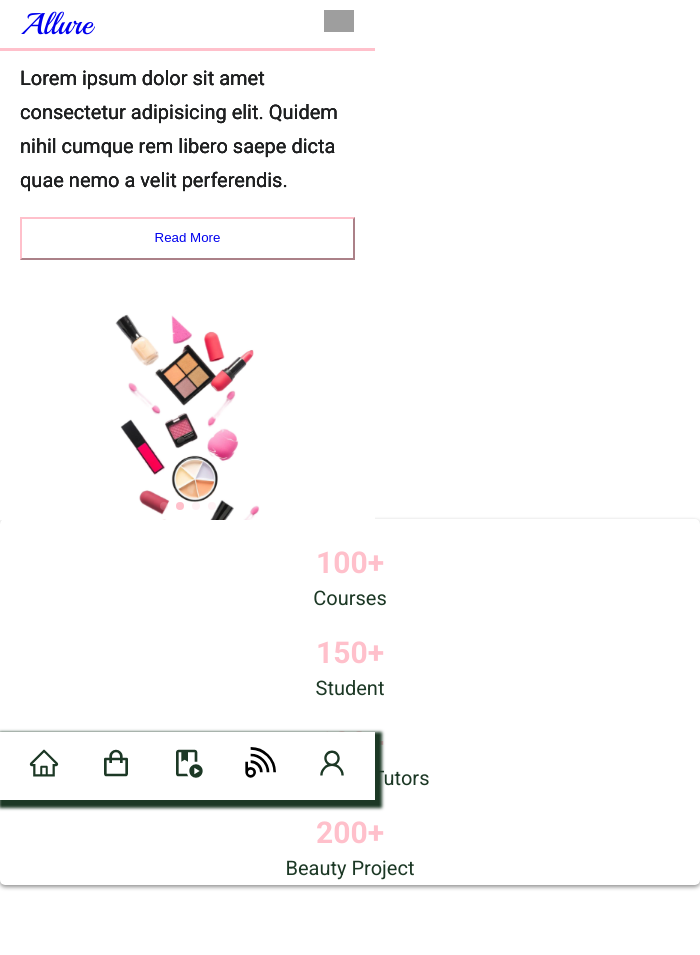
Repository: Benedict-Anthony/Allure-E-commerce-React-Js
Page: /
The author's editor kept a copy of each file at every save. The page is drawn from the files as they stood at one save, then again after a run of saves.
The browser window is 375 px wide. The page is 700 px wide, then 375 px, so the pictures cover 700 px, including what lies to the right of the window. The pictures show the whole page.
Pictures or frames that could not be fetched are drawn as grey boxes. The page's requests for data from a server got no answer. The project was rebuilt for these pictures with package versions that can differ from the ones it lists, and the page was loaded fresh each time. No one was signed in, and anything a server would have sent is missing. Also part of the build but not shown: src/App.css, src/css/courses.css, src/shared/Course.tsx, src/shared/Product.tsx, src/pages/Shop.tsx, src/pages/Tutorials.tsx, src/pages/ProductDetail.tsx, src/components/CourseDetails.tsx and 15 more.

Above is the page before, as saved 2023-02-04 00:54:44.

### src/index.css
@import url('https://fonts.googleapis.com/css2?family=Great+Vibes&family=Playball&family=Roboto:wght@300;400;700&display=swap');


:root {
  --primary-color: pink;
  --secondary-color: #1c3825;
  --text-color: #1f2021;
  --basic: #fff;
  --fontSize: 18px;

}


*,
*::after,
*::before {
  padding: 0;
  margin: 0;
  box-sizing: border-box;
  line-height: 1.4em;
  transition: all .3s linear;
  list-style: none;
  text-decoration: none;
}

html {
  scroll-behavior: smooth;
}

body {
  width: 100%;
  background-color: var(--basic);
  color: var(--text-color);
  font-family: 'Roboto', sans-serif;
}

.container {
  padding: 0 1rem;
  overflow: hidden;
  height: auto;
}

.button {
  display: inline-block;
  padding: 10px 20px;
  color: var(--basic);
  margin-top: 20px;
  background-color: var(--secondary-color);
  border: 2px solid var(--fontSize);
  border-radius: 6px;
}

.flex {
  display: flex;
  justify-content: space-between;
  align-items: center;
}

.flex-center {
  justify-content: center;
}

.flex-row {
  flex-direction: column;
}


.swiper {
  width: 100%;
  height: 100%;
}

.swiper-slide {
  text-align: center;
}


.grid {
  display: grid;
  grid-template-columns: repeat(auto-fit, minmax(12rem, 2fr));
  justify-content: space-between;
  align-items: flex-start;
  gap: 20px;
}


.btn {
  display: inline-block;
  background-color: var(--text-color);
  color: var(--basic);
  font-size: 16px;
  font-family: inherit;
  margin-top: 10px;
  border: 1px solid var(--basic);
  padding: 10px 20px;
  border-radius: 8px;
}

.section {
  margin-top: 20px;
}

.togglebar,
.close {
  display: none;
}

.wrapper {
  max-width: 960px;
  margin: 0 auto;
}

.strike {
  text-decoration: line-through;
  color: var(--secondary-color);
  font-size: 10px;
}




@media(max-width:1024px) {
  /* .grid {
    grid-template-columns: repeat(3, 1fr);
  } */
}


@media(max-width:768px) {

  .container {
    padding: 0 1.3rem;
    overflow: hidden;
    height: auto;
  }

  /* .flex {
    flex-direction: column;
  } */

  /* .grid {
    grid-template-columns: repeat(2, 1fr);
  } */


  /* .togglebar,
  .close {
    display: block;
  } */
}

@media(max-width:500px) {

  .flex {
    flex-direction: column;
  }

  .grid {
    grid-template-columns: 1fr 1fr;
  }
}

### src/App.tsx
import React from 'react';
import './App.css';
import { BrowserRouter, Routes, Route } from "react-router-dom"
import { ProductProvider } from './contexts/ProductContext';


import Home from './pages/Home';
import Shop from './pages/Shop';
import Header from './components/Header';
import { LessonProvider } from './contexts/LessonContext';
import Tutorials from './pages/Tutorials';
import ProductDetail from './pages/ProductDetail';
import CourseDetail from './pages/CourseDetail';
import Login from './pages/Login';
import SignIn from './pages/SignIn';
import Account from './pages/Account';
import ButtonNav from './components/ButtonNav';

function App() {
  return (
    <BrowserRouter>
      <LessonProvider>
        <ProductProvider>
          <Header />
          <Routes>
            <Route path={"/"} element={<Home />} />
            <Route path='/login' element={<Login />} />
            <Route path='/sign-in' element={<SignIn />} />
            <Route path='/account' element={<Account />} />
            <Route path={"/shop"} element={<Shop />} />
            <Route path={"/tutorials"} element={<Tutorials />} />
            <Route path={"/product/:slug"} element={<ProductDetail />} />
            <Route path={"/course/:slug"} element={<CourseDetail />} />
          </Routes>
          <ButtonNav />
        </ProductProvider>
      </LessonProvider>
    </BrowserRouter>
  );
}

export default App;

### src/contexts/ProductContext.tsx
import React from "react"
import { createContext,  useReducer, useEffect } from 'react';
import { childrenProps, ProductContextInterface } from "../types/contextTypes"
import { initialProductInterface } from "../types/reducerTypes"
import { productReducer } from "../reducers/productReducers";
import getData from "../utils/fetchFunc";
import { ProductType } from "../reducers/productReducers";
import { LessonType } from "../reducers/lessonReducer";


const ProductContext = createContext({} as ProductContextInterface)

export const ProductProvider = ({ children }: childrenProps) => {
    const initialState: initialProductInterface = {
        products: [],
        lessonAssets:[],
        product:{},
        isFetching: true,
        rltd:[]
    }
    const [state, dispatch] = useReducer(productReducer, initialState)
    const fetchProductData = async () => {
        const data = await getData("products")
        dispatch({type:ProductType.LOAD_PRODUCTS, payload:data})
    }

    const getSingleProduct = async (slug:number | string | undefined) => {
        const data = await getData("products", slug)
        const rltdData = await getData(`products/${slug}/category`)
        dispatch({type:ProductType.LOAD_PRODUCT_DETAIL, payload:data, others:rltdData})
    }

   const getLessonAssets = async (slug : string | undefined) => {
       const data = await getData(`lessons/${slug}/assets`)
       dispatch({type:LessonType.LOAD_LESSON_DETAIL_ASSETS, others:data})
   }

    useEffect(() => {
        fetchProductData()
    },[])
    return (

        <ProductContext.Provider value={{
            data: state,

            getSingleProduct,
            getLessonAssets,
        }}>
        {children}
    </ProductContext.Provider>
        )
}


export default ProductContext

### src/pages/Home.tsx
import React from 'react';
import Landing from '../components/Landing';
import Courses from '../components/Courses';
import Products from '../components/Products';
import { FC } from "react";


const Home:FC = () =>  {

return (
    <>
      <Landing />
      <Courses />
      <Products/>
    </>
  )
}

export default Home

### src/components/Header.tsx
import React, { useState } from 'react'
import { FaBars, FaTimes } from 'react-icons/fa'
import { Link } from 'react-router-dom'
import { Navigations } from '../scripts/topNavItems';
import cart from "../assets/cart.png";
import "../css/header.css"

const Header = () => {
  const [activeMenu, setActiveMenu] = useState(false)

  return (
    <header>
      <div className="container">
        <nav className="nav__items">
          <div className="logo">
            <Link to={"/"}>Allure</Link>
          </div>

          <ul className={`nav_links flex ${activeMenu && "active"} `}>
            {Navigations.map((item) => (
              <li key={item.id}>
                {item.page ? <Link to={`/${item.to}`}>{item.name}</Link> : <a href={`#${item.to}`}>{item.name}</a>}
              </li>
            ))}
            <FaTimes className="close" onClick={() => setActiveMenu(false)} />
          </ul>

          <ul className="nav_icons">

            <li><Link to={"login"}>Login</Link></li>
            <li><Link to={"sign-in"}>Sign Up</Link></li>
            <div className="cart">
              <img src={cart} alt="" />

            </div>
            <FaBars className="togglebar" onClick={() => setActiveMenu(true)} />
          </ul>
        </nav>
      </div>
    </header>
  )
}

export default Header

### src/contexts/LessonContext.tsx
import { createContext, useEffect, useReducer } from "react";
import lessonReducer from "../reducers/lessonReducer";
import { initialLessonInterface } from '../types/reducerTypes';
import { childrenProps, LessonContextInterface } from '../types/contextTypes';
import getData from "../utils/fetchFunc";
import { LessonType } from '../reducers/lessonReducer';
const LessonContext = createContext({} as LessonContextInterface)

export const LessonProvider = ({ children }: childrenProps) => {
    const initialState:initialLessonInterface = {
        lessons:[],
        count: 0,
        lesson:{}
    }

    const [state, dispatch] = useReducer(lessonReducer, initialState)

    async function fetchLessonData() {
        const data = await getData("lessons")
        dispatch({type:LessonType.LOAD_LESSONS, payload:data})
    }

    const getLessonDetails = async (slug:string |undefined) => {
        const data = await getData(`lessons/${slug}`)
        dispatch({ type:LessonType.LOAD_LESSON_DETAIL, payload:data})
    }

    useEffect(() => {
      fetchLessonData()
    },[])
    return (
        <LessonContext.Provider value={{
            data:state,
            getLessonDetails
            }}>
            {children}
        </LessonContext.Provider>
    )
}

export default LessonContext

### src/components/ButtonNav.tsx
import React from 'react'
import { AiOutlineHome, AiOutlineUser } from "react-icons/ai"
import { BiShoppingBag, BiLogIn } from "react-icons/bi"
import { MdOutlinePlayLesson } from "react-icons/md"
import { GrBlog } from "react-icons/gr"
import { Link } from 'react-router-dom'




const ButtonNav = () => {
    return (
        <nav className="nav__bottom">
            <ul>
                <li><Link to={"/"}><AiOutlineHome /></Link></li>
                <li><Link to={"/shop"}><BiShoppingBag /></Link></li>
                <li><Link to={"/tutorials"}><MdOutlinePlayLesson /></Link></li>
                <li><Link to={"/blog"}><GrBlog /></Link></li>
                <li><Link to={"/account"}><AiOutlineUser /></Link></li>
            </ul>
        </nav>
    )
}

export default ButtonNav

### src/reducers/productReducers.tsx
import { actionInterface, initialProductInterface } from "../types/reducerTypes";
import { LessonType } from "./lessonReducer";
export const ProductType = {
    LOAD_PRODUCTS: "LOAD_PRODUCTS",
    LOAD_PRODUCT_DETAIL:"LOAD_PRODUCT_DATAIL"
}
export const productReducer = (state:initialProductInterface, action:actionInterface) => {
    switch (action.type) {
        case ProductType.LOAD_PRODUCTS:
            return {
                ...state,
                products: action.payload,
                isFetching:false,
            }
        case ProductType.LOAD_PRODUCT_DETAIL:
            return {
                ...state,
                product: action.payload,
                rltd:action.others
            }
        case LessonType.LOAD_LESSON_DETAIL_ASSETS:
            return {
                ...state,
                lessonAssets:action.others
            }
        default:
            return state
    }
}

### src/utils/fetchFunc.tsx
const getData = async (endpoint: string, slug?: number | string | null) => {
    if (slug) {
        const response = await fetch(`http://127.0.0.1:8000/api/${endpoint}/${slug}`)
        const data = await response.json()
        return data
    } else {
        const response = await fetch(`http://127.0.0.1:8000/api/${endpoint}/`)
        const data = await response.json()
        return data
    }

}


export default getData

### src/reducers/lessonReducer.tsx
import { initialLessonInterface, actionInterface } from '../types/reducerTypes';

export const LessonType = {
    LOAD_LESSONS: "LOAD_LESSONS",
    LOAD_LESSON_DETAIL:"LOAD_DETAILS",
    LOAD_LESSON_DETAIL_ASSETS:"LOAD_LESSON_DETAIL_ASSETS"
}

const lessionReducer = (state:initialLessonInterface, action:actionInterface) => {
    switch (action.type) {
        case LessonType.LOAD_LESSONS:
            return {
                ...state,
                lessons:action.payload,
                count:1
            }
        case LessonType.LOAD_LESSON_DETAIL:
            return {
                ...state,
                lesson:action.payload
            }

        default:
            return state
    }
}


export default lessionReducer

### src/components/Landing.tsx
import React from 'react'
import { FC } from "react";
import Card from '../shared/Card';


import { Swiper, SwiperSlide } from "swiper/react";
import { EffectFade, Autoplay, Pagination, Navigation } from "swiper";
import "swiper/css";
import "swiper/css/pagination";
import "swiper/css/effect-fade";
import "swiper/css/navigation";


import { landing } from '../scripts/landing';
import { Courses } from '../scripts/topNavItems';

import "../css/landing.css";
import Button from '../shared/Button';
import { Link } from 'react-router-dom';


const Landing: FC = () => {

    return (
        <section className="landing" id="home">
            <main className="hero">
                <Swiper
                    loop={true}
                    // loopFillGroupWithBlank={true}
                    // pagination={{
                    //     clickable: true,
                    // }}
                    autoplay={{
                        delay: 5000,
                        disableOnInteraction: false
                    }}
                    spaceBetween={30}
                    effect={"fade"}
                    // navigation={true}
                    pagination={{
                        clickable: true,
                    }}
                    modules={[EffectFade, Navigation, Pagination, Autoplay]}
                    className="mySwiper">
                    {landing.map((item, index) => (
                        <SwiperSlide key={index}>
                            <div className="flex flex-center landing__page ">
                                <div className="landing__info">
                                    <p>{item.text}</p>
                                    <Button type='button'>
                                        <Link to={item.link}>Read More</Link>
                                    </Button>
                                </div>
                                <div className="landing__image">
                                    <img src={item.image} alt="" />
                                </div>

                            </div>
                        </SwiperSlide>
                    ))}
                </Swiper>
            </main>


            <div className="landing__courses">
                <Card>
                    <div className="landing__courses-count flex">
                        {Courses.map((item) => (
                            <div className="count" key={item.id}>
                                <h2>{item.count}+</h2>
                                <p>{item.name}</p>
                            </div>
                        ))}
                    </div>
                </Card>
            </div>

        </section>
    )
}




export default Landing

### src/components/Courses.tsx
import React, { useContext } from 'react'
import {FC} from "react"

// Import Swiper styles
import { Swiper, SwiperSlide } from "swiper/react";
import "swiper/css";
import "swiper/css/pagination";
import "swiper/css/navigation";
import { Pagination, Navigation } from "swiper";


import "../css/courses.css"

// import required modules


import LessonContext from '../contexts/LessonContext';
import Course from '../shared/Course';


const Courses:FC = () => {

  const {data :{lessons}} = useContext(LessonContext)
  return (
    <section className="container" id="courses">
      <main>
         <Swiper
        // slidesPerView={4}
        // spaceBetween={30}
        // slidesPerGroup={4}
        loop={true}
        loopFillGroupWithBlank={true}
        // pagination={{
        //   clickable: true,
        // }}
          navigation={true}
          breakpoints={{
             // when window width is >= 320px
              468: {
                slidesPerView: 1,
                spaceBetween: 20
              },
              568: {
                slidesPerView: 2,
                spaceBetween: 20
              },
              // when window width is >= 480px
              768: {
                slidesPerView: 3,
                spaceBetween: 30
              },
              // when window width is >= 640px
              978: {
                slidesPerView: 4,
                spaceBetween: 40
              }
        }}
        modules={[Pagination, Navigation]}
        className="mySwiper"
      >
          {lessons.slice(0,10).map((item) => (
            <SwiperSlide key={item.id}>
              <Course item={item} />
          </SwiperSlide>
        ))}
      </Swiper>
      </main>
    </section>
  )
}

export default Courses

### src/components/Products.tsx
import React from 'react';

import { Swiper, SwiperSlide } from "swiper/react";

// Import Swiper styles
import "swiper/css";
import "swiper/css/pagination";
import "swiper/css/navigation";

// import required modules
import { Pagination, Navigation } from "swiper";
import "../css/products.css";



import {useContext} from "react";
import ProductContext from "../contexts/ProductContext"
import Product from '../shared/Product';


const Products = () => {

  const { data:{products} } = useContext(ProductContext)
  return (
      <section className="container products" id="products">

<Swiper
        // slidesPerView={4}
        // spaceBetween={30}
        // slidesPerGroup={3}
        loop={true}
        loopFillGroupWithBlank={true}
        // pagination={{
        //   clickable: true,
        // }}
               breakpoints={{
             // when window width is >= 320px
              320: {
                slidesPerView: 1,
                spaceBetween: 20
              },
              568: {
                slidesPerView: 2,
                spaceBetween: 20
              },
              // when window width is >= 480px
              768: {
                slidesPerView: 3,
                spaceBetween: 30
              },
              // when window width is >= 640px
              978: {
                slidesPerView: 4,
                spaceBetween: 40
              }
        }}
        navigation={true}
        modules={[Pagination, Navigation]}
        className="mySwiper"
      >

               { products.length > 0 && products.slice(0,10).map((item) => (

                  <SwiperSlide key={item.id}>
                   <Product item={item} />
                </SwiperSlide>
        ))}

      </Swiper>
    </section>
  )
}

export default Products

### src/scripts/topNavItems.ts
export const Navigations = [
    {
        id: 1,
        name: "home",
        to: "",
        page: true,
    },
    // {
    //     id: 2,
    //     name: "courses",
    //     to: "courses",
    //     page: false,

    // },
    // {
    //     id: 3,
    //     name: "arrivals ",
    //     to: "products",
    //     page: false,

    // },
    {
        id: 4,
        name: "shop",
        to: "shop",
        page: true,
    },

    {
        id: 5,
        name: "blog",
        to: "blog",
        page: true,

    },
    {
        id: 6,
        name: "tutorials",
        to: "tutorials",
        page: true,


    },
]


export const Courses = [
    {
        id: 1,
        name: "courses",
        count: 100
    },

    {
        id: 2,
        name: "student",
        count: 150
    },

    {
        id: 3,
        name: "experience Tutors",
        count: 100
    },

    {
        id: 4,
        name: "beauty project",
        count: 200
    },
]

### src/css/header.css
header {
    padding: 3px 0px;
    /* background-color: var(--primary-color); */
    border-bottom: 3px solid var(--primary-color);
    /* osition: fixed;
    top: 0;
    width: 100%;
    z-index: 10;p */
}

header nav {
    display: flex;
    justify-content: space-between;
    align-items: center;
}

header nav .logo {
    font-size: 30px;
    /* font-family: 'Great Vibes', cursive;
     */
    font-family: 'Playball', cursive;
}

header nav li {
    position: relative;
    margin: 0 10px;
}

header nav li::after {
    content: '';
    width: 0;
    height: 2px;
    background: linear-gradient(to right, var(--secondary-color), var(--primary-color));
    position: absolute;
    bottom: 0;
    left: 0;
}

header nav li:hover::after {
    width: 100%;
}

header nav ul li a {
    color: var(--text-color);
    font-size: var(--fontSize);
    text-transform: capitalize;
}

header .cart {
    width: 30px;
}

header .cart img {
    width: 100%;
}



.nav_icons {
    display: flex;
    align-items: center;
    justify-content: space-around;
    column-gap: 10px;
}



.nav_icons svg {
    color: var(--secondary-color);
    font-size: 20px;
    margin: 0 2px;
}


.nav__bottom {
    display: block;
    width: 100%;
    margin: auto;
    margin-top: 40px;
    position: fixed;
    bottom: 0;
    left: 100%;
    background-color: var(--basic);
    padding: 15px 0;
    box-shadow: 3px 4px 3px 4px var(--secondary-color);
}

.nav__bottom ul {
    display: flex;
    align-items: center;
    justify-content: center;
}

.nav__bottom ul li {
    margin: 0 20px;
}

.nav__bottom ul li svg {
    color: var(--secondary-color);
    font-size: 2rem;
    font-weight: 700;
}

@media(max-width:768px) {
    header nav .nav_links {
        position: absolute;
        top: -100vh;
        right: 0;
        width: 80%;
        background-color: var(--basic);
        border-left: 3px solid var(--primary-color);
        height: 100vh;
        z-index: 10;
        justify-content: flex-start;
        align-items: flex-start;
        gap: 30px;
        padding-left: 50px;
        padding-top: 50px;
        display: none;

    }

    .nav_icons li {
        display: none;
    }

    header nav .nav_links.active {
        top: 0;
    }

    .close {
        position: absolute;
        top: 7px;
        left: .6rem;
        font-weight: 100;
        font-size: 25px;
        color: var(--secondary-color);
    }

    .nav__bottom {
        left: 0;
    }

}

### src/shared/Button.tsx
import React from 'react'
import { ReactNode } from "react"

import "../css/button.css"
type ButtonProps = {
    children:ReactNode,
    type:"button" | "submit",
    hanldleOnclick?: () => void
}
const Button = ({children, type, hanldleOnclick}:ButtonProps) => {
  return (
    <button type={type} onClick={hanldleOnclick}> {children} </button>
  )
}

export default Button

### src/shared/Card.tsx
import React from 'react'
import {ReactNode,} from "react"

import "../css/card.css"

interface CardType {
    children:ReactNode
}


const Card = ({children}:CardType) => {
  return (
      <div className="card">
          {children}
    </div>
  )
}

export default Card

### src/scripts/landing.ts
export const landing = [
    {
        "text": "Lorem ipsum dolor sit amet consectetur adipisicing elit. Quidem nihil cumque rem libero saepe dicta quae nemo a velit perferendis.",
        "image": "./images/welcome.jpg",
        "link": "/"
    },

    {
        "text": "Lorem ipsum dolor sit amet consectetur adipisicing elit. Quidem nihil cumque rem libero saepe dicta quae nemo a velit perferendis.",
        "image": "./images/products.jpg",
        "link": "/"

    },

    {
        "text": "Lorem ipsum dolor sit amet consectetur adipisicing elit. Quidem nihil cumque rem libero saepe dicta quae nemo a velit perferendis.",
        "image": "./images/makeup.jpg",
        "link": "/"

    },
    {
        "text": "Lorem ipsum dolor sit amet consectetur adipisicing elit. Quidem nihil cumque rem libero saepe dicta quae nemo a velit perferendis.",
        "image": "./images/camera.jpg",
        "link": "/"

    }
]

### src/css/landing.css
/* LANDING HERO SECTION */


.hero {
    width: 100%;
    border-bottom: 3px outset var(--primary-color);
}


.hero .landing__info {
    width: 100%;
    max-width: 500px;
    text-align: left;
    padding: 10px 20px;
}

.hero .landing__info p {
    font-size: 20px;
    line-height: 1.7em;
}

.hero .landing__image {
    width: 100%;
    height: 100%;
}

.hero .landing__image img {
    width: 100%;
    height: 100%;
}





.landing__courses {
    width: 700px;
    margin: 0 auto;
    transform: translateY(-10px);
}

.landing__courses-count .count {
    display: flex;
    align-items: center;
    justify-content: center;
    flex-direction: column;
    padding-top: 20px;
}

.landing__courses-count .count h2 {
    color: var(--primary-color);
    font-size: 30px;
}

.landing__courses-count .count p {
    color: var(--secondary-color);
    font-size: 20px;
    text-transform: capitalize;
}

.hero .landing__page {
    flex-direction: row;
}

/*  */


@media(max-width:568px) {
    .hero .landing__page {
        flex-direction: column;
    }
}

### src/css/button.css
button {
    display: block;
    margin-top: 20px;
    padding: 10px 20px;
    color: var(--secondary-color);
    background-color: var(--basic);
    border: 2px outset var(--primary-color)
}

button:hover {
    transform: scale(.98);
    transition: .4s cubic-bezier(0.165, 0.84, 0.44, 1);
    cursor: pointer;
    /* z-index: 10; */
}

@media(max-width:700px) {
    button {
        width: 100%;
    }
}

### src/css/card.css
.card {
    padding: 10px 15px;
    border-radius: 5px;
    color: black;
    background-color: #fff;
    box-shadow: 0 2px 4px rgba(0, 0, 0, 0.44);
    /* width: 100%; */
}


.card__body {
    width: 200px;
    text-align: left;
    padding: 2px 10px;
    border-radius: 10px;
}


.card__body:hover {
    /* background-color: var(--primary-color); */
    cursor: pointer;
}

.card__body .card__img {
    width: 50%;
    /* height: 8rem; */
    margin: 0 auto;
    /* object-fit: cover; */
}

@media(max-width:600px) {
    .card {
        padding: 3px 5px;
    }
}

Loaded but not shown: public/index.html (common file); src/index.tsx (common file); src/css/products.css (242 lines, source omitted)

After the next 2 saves:
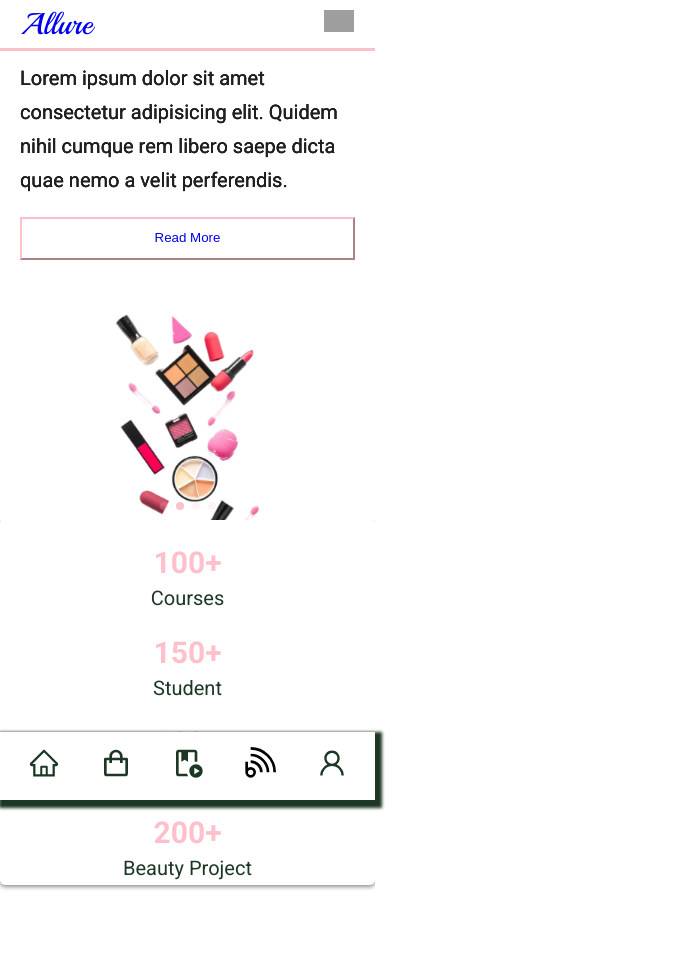
The 2 saves are shown as one change because they came seconds apart.
The last was saved 2 min 17 s later.
--- a/src/css/landing.css
+++ b/src/css/landing.css
@@ -69,4 +69,8 @@
     .hero .landing__page {
         flex-direction: column;
     }
+
+    .landing__courses {
+        width: 100%;
+    }
 }
